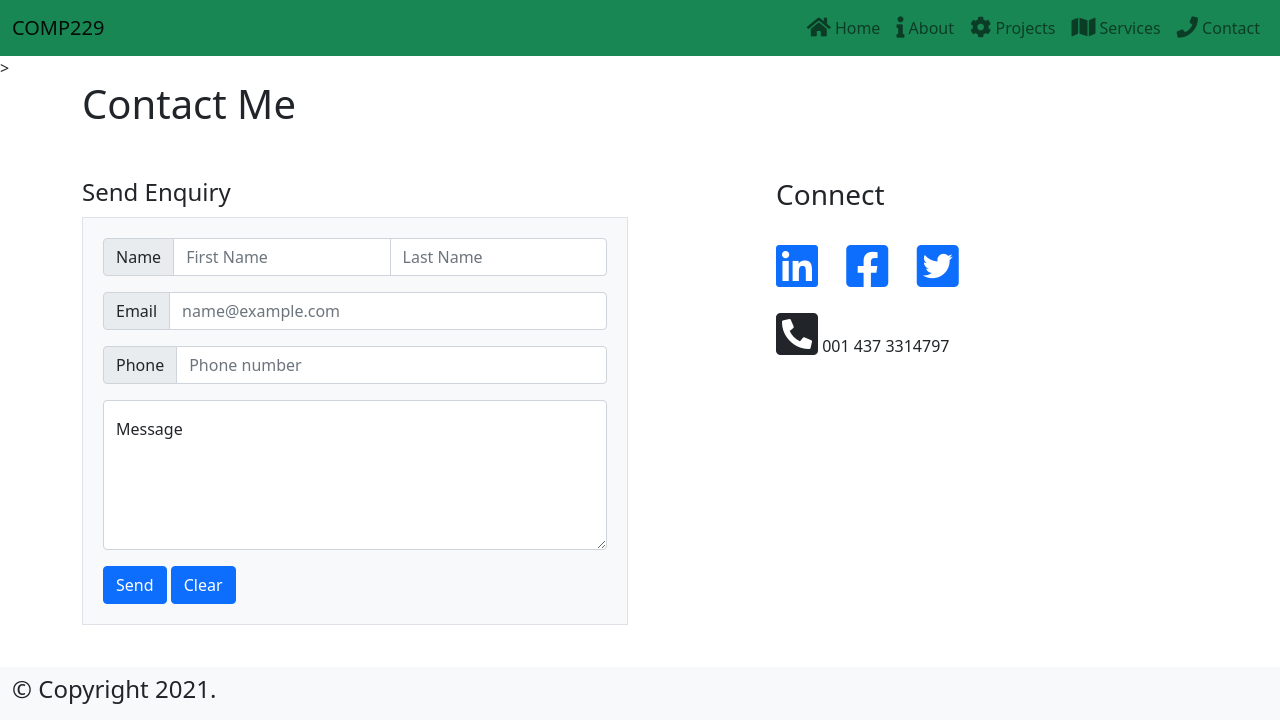
Repository: Mostafa-Asaad/Portfolio
Page: http://localhost/contact
An editor plug-in stored every save of this project. The page is shown before and after the next save, followed by the edit.
The browser window is 1280 px wide. The pictures show the whole page.
The page is served by the project's Node server (index.js).

Above is the page before, as saved 2021-06-04 16:22:04.

After the next save:
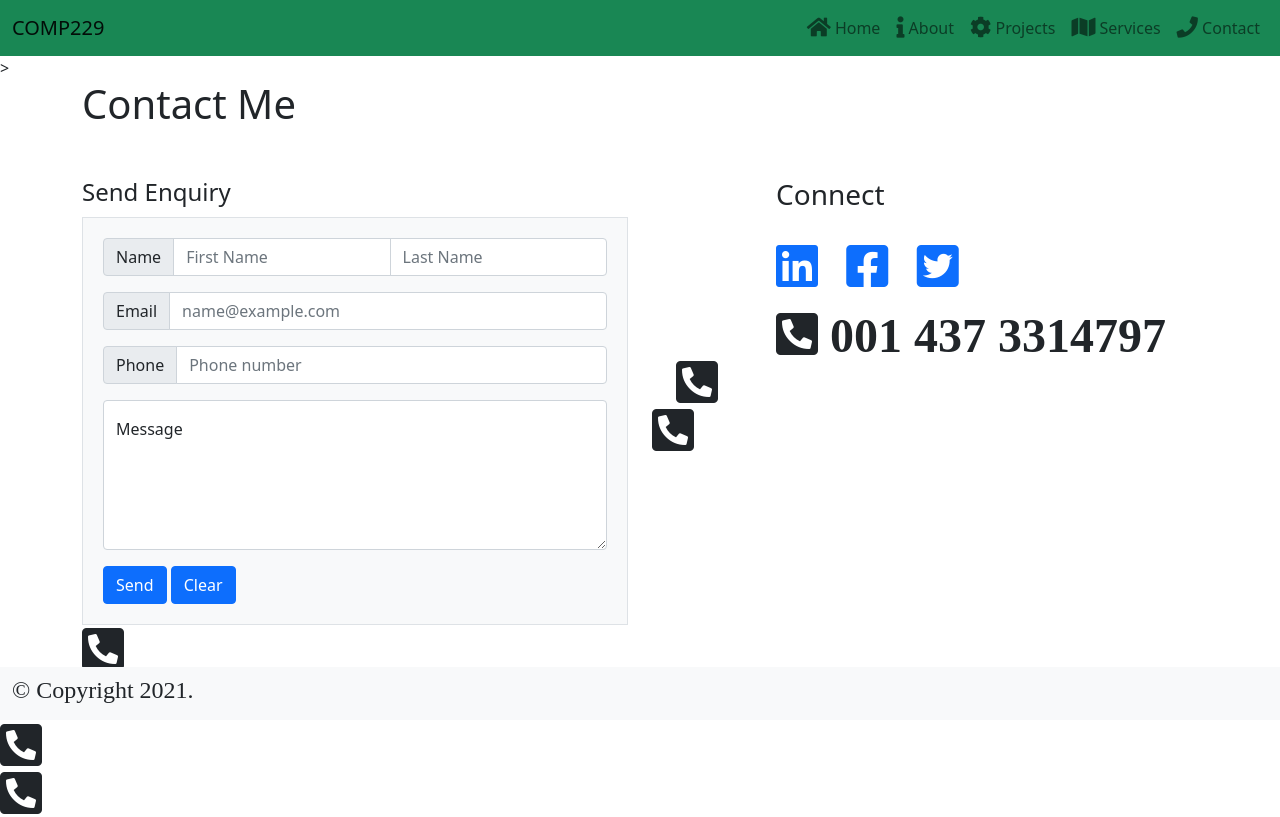
Saved 16 s later.
--- a/Server/Views/content/contact.ejs
+++ b/Server/Views/content/contact.ejs
@@ -59,7 +59,7 @@
               <a class="link" href="https://twitter.com/Moe_Asd"><i class="fab fa-twitter-square fa-3x"></i></a>
             </div>
           </div>
-          <i class="fas fa-phone-square-alt fa-3x"></i> 001 437 3314797</a>
+          <i class="fas fa-phone-square-alt fa-3x"></h6> 001 437 3314797</h6>
         </div>
       </div>
     </div>

After the save that followed:
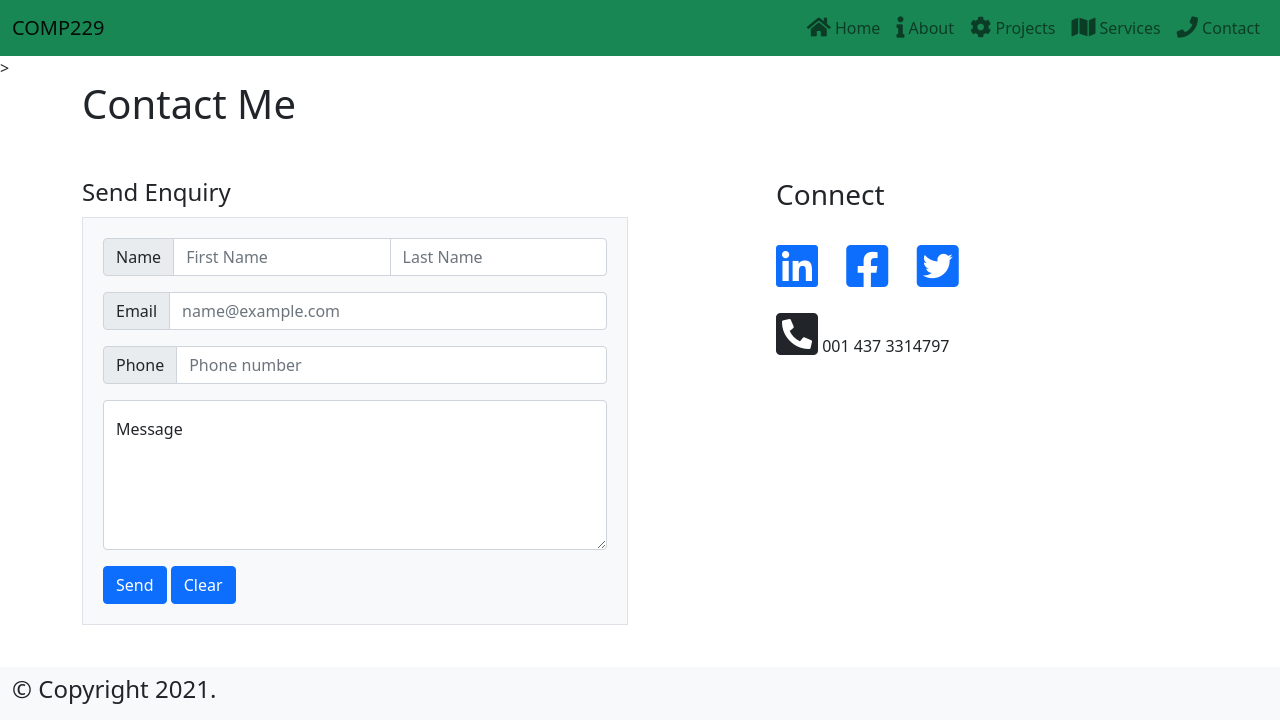
Saved 67 s later.
--- a/Server/Views/content/contact.ejs
+++ b/Server/Views/content/contact.ejs
@@ -59,7 +59,7 @@
               <a class="link" href="https://twitter.com/Moe_Asd"><i class="fab fa-twitter-square fa-3x"></i></a>
             </div>
           </div>
-          <i class="fas fa-phone-square-alt fa-3x"></h6> 001 437 3314797</h6>
+          <i class="fas fa-phone-square-alt fa-3x"></i> 001 437 3314797</a>
         </div>
       </div>
     </div>
